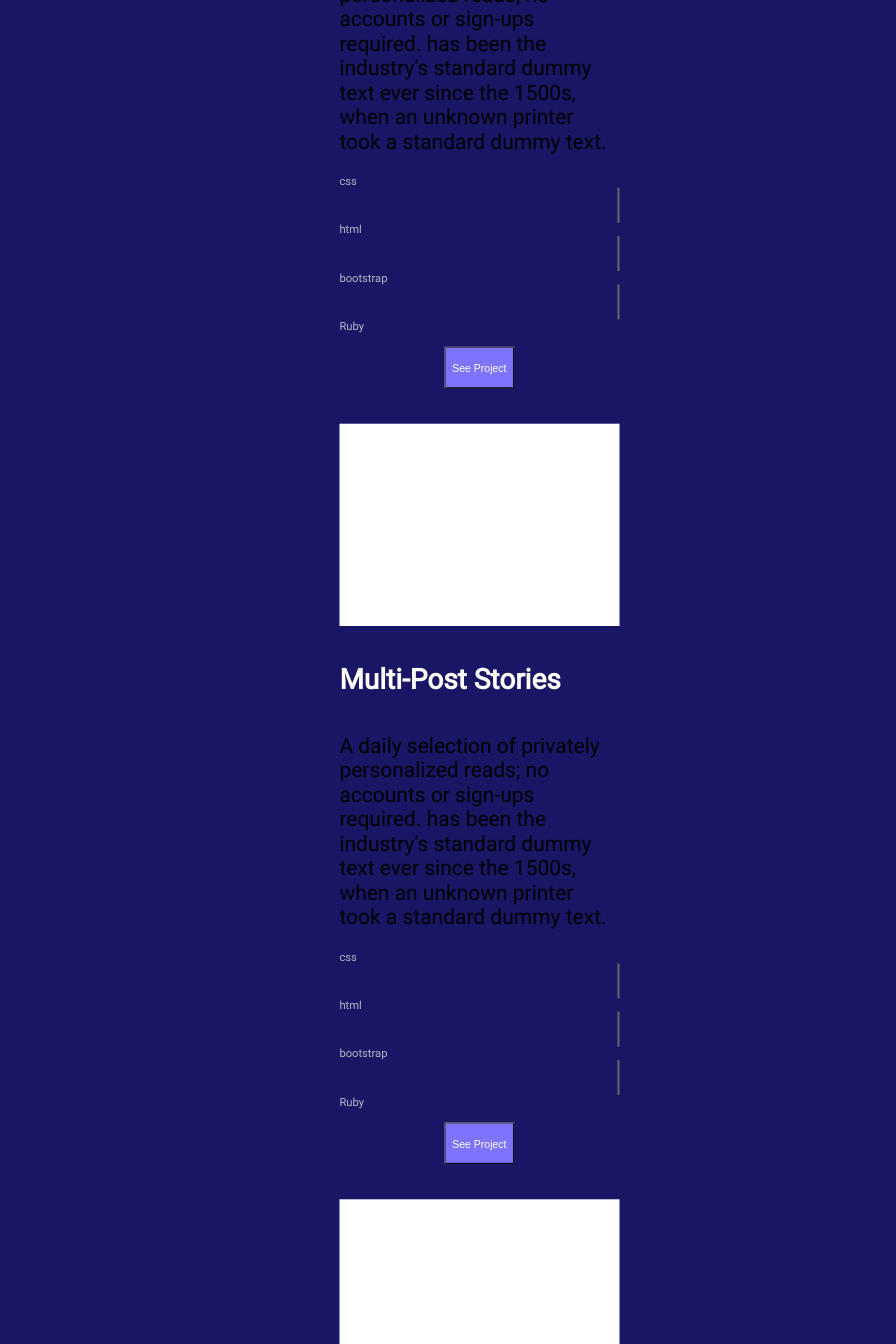
Repository: mustabbas/Portfolio
Page: index.html
These files come from the project's save history. The page is drawn as it stood at one moment and after the next save; the edit follows.
The browser window is 1280 px wide. The pictures show the part of the page from y = 1715 to 3635 px (the page is 6512 px tall before and 5808 px after), at 70% of full size.

Above is the page before, as saved 2021-08-16 18:59:34.

### index.html
<!DOCTYPE html>
<html lang="en">
<head>
    <meta charset="UTF-8">
    <meta name="viewport" content="width=device-width, initial-scale=1.0">
    <meta http-equiv="X-UA-Compatible" content="ie=edge">
    <link rel="stylesheet" href="style.css"/>
    <title>Mustafa Portfolio</title>
</head>
<body>
    <section class="container">
        <header class="header">
            <a href="#"><h2>Mustafa Abbas</h2></a>
            <nav class="humberger">
            <img  src="./assets/img/humberger.png" alt="humberger"/>
            <img  src="./assets/img/humberger.png" alt="humberger"/>
            <img  src="./assets/img/humberger.png" alt="humberger"/>
            </nav>
            <ul class="main-nav">
                <li><a href="#">Portoflio</a></li>
                <li><a href="#">About</a></li>
                <li><a href="#">Contact</a></li>
                <li ><a href="#"><img class="email-pic" src="./assets/img/Icon-Mail.png" alt="email"/></a></li >
            </ul>
        </header>
        <div class="head-wraper">
            <div class="title-wraper">
                <h1>Mustafa Abbas</h1>
                <h2>Software Developer</h2>
            </div>
        </div>
        <div class="box"><p>I can help you build a product , feature or website Look through some of my work and experience! If you like what you see and have a project you need coded,  don’t hestiate to contact me.</p></div>
        <div class="line"></div>
        <div class="skills">
        <ul>
            <li>Language</li>
            <li>Javascript</li>
            <li>Ruby</li>
            <li>Html</li>
            <li>Css</li>
        </ul>
        <ul>
            <li>Frameworks</li>
            <li>Ruby on Rails</li>
            <li>Bootstrap</li>
            <li>RSPec</li>
            <li>CapyBara</li>
        </ul>
        <ul>
            <li>Skills</li>
            <li>Codekit</li>
            <li>Github</li>
            <li>Codepen</li>
            <li>Gitlab</li>
        </ul>
      </div>
      <div class="line"></div>
    </section>
        <div class="footer-nav">
            <div class="work-container upper">
            <span>Work</span>
            <div class="arrow-container">
            <img src="./assets/img/Vector-line-arrow.png" alt="Vector-line-arrow"/>
            <img src="./assets/img/Vector-arrow.png" alt="Vector-arrow"/>
             </div>
            </div>
            <div class="vector-container">
                <ul>
                    <li><img src="./assets/img/Vector-github.png" alt="Vector-github"/></li>
                    <li>
                        <div class="linked-container">
                            <div>
                                <img src="./assets/img/Vector-dot-linkedin.png" alt="Vector-dot-linkedin"/>
                                <img src="./assets/img/Vector-line-linkedin.png" alt="Vector-line-linkedin"/>
                          </div>
                                <img id="vector2" src="./assets/img/Vector-n-linkedin.png" alt="Vector-n-linkedin"/>
                         </div>
                    </li>
                    <li> <img src="./assets/img/Vector.png" alt="Vector"/></li>
                    <li><img src="./assets/img/Vector-twitter.png" alt="Vector-twitter"/></li>
                    <li> <img src="./assets/img/Vector-M.png" alt="Vector-M"/></li>
                </ul>

             </div>
             <div class="work-container">
            <div class="arrow-container">
            <img src="./assets/img/Vector-line-arrow.png" alt="Vector-line-arrow"/>
            <img src="./assets/img/Vector-arrow.png" alt="Vector-arrow"/>
            </div>
            <span>Work</span>
            </div>
        </div>
    <section class="recent-work">
    <h3>My recent work</h3>
    <div class="line"></div>
    <div class="card">
       <img src="./assets/img/Placeholder.png" alt="Placeholder"/>
       <div class="card-body">
           <h4>Multi-Post Stories</h4>
           <p>A daily selection of privately personalized reads; no accounts or sign-ups required. has been the industry's standard dummy text ever since the 1500s, when an unknown printer took a standard dummy text.</p>
            <ul>
                <li>css</li>
                <li class="vertical-line"></li>
                <li>html</li>
                <li class="vertical-line"></li>
                <li>bootstrap</li>
                <li class="vertical-line"></li>
                <li>Ruby</li>
            </ul>
            <button class="button">See Project</button>
       </div>
    </div>
    <div class="card">
        <img src="./assets/img/Placeholder.png" alt="Placeholder"/>
        <div class="card-body">
            <h4>Multi-Post Stories</h4>
            <p>A daily selection of privately personalized reads; no accounts or sign-ups required. has been the industry's standard dummy text ever since the 1500s, when an unknown printer took a standard dummy text.</p>
             <ul>
                 <li>css</li>
                 <li class="vertical-line"></li>
                 <li>html</li>
                 <li class="vertical-line"></li>
                 <li>bootstrap</li>
                 <li class="vertical-line"></li>
                 <li>Ruby</li>
             </ul>
             <button class="button">See Project</button>
        </div>
     </div>
     <div class="card">
        <img src="./assets/img/Placeholder.png" alt="Placeholder"/>
        <div class="card-body">
            <h4>Multi-Post Stories</h4>
            <p>A daily selection of privately personalized reads; no accounts or sign-ups required. has been the industry's standard dummy text ever since the 1500s, when an unknown printer took a standard dummy text.</p>
             <ul>
                 <li>css</li>
                 <li class="vertical-line"></li>
                 <li>html</li>
                 <li class="vertical-line"></li>
                 <li>bootstrap</li>
                 <li class="vertical-line"></li>
                 <li>Ruby</li>
             </ul>
             <button class="button">See Project</button>
        </div>
     </div>
     <div class="card">
        <img src="./assets/img/Placeholder.png" alt="Placeholder"/>
        <div class="card-body">
            <h4>Multi-Post Stories</h4>
            <p>A daily selection of privately personalized reads; no accounts or sign-ups required. has been the industry's standard dummy text ever since the 1500s, when an unknown printer took a standard dummy text.</p>
             <ul>
                 <li>css</li>
                 <li class="vertical-line"></li>
                 <li>html</li>
                 <li class="vertical-line"></li>
                 <li>bootstrap</li>
                 <li class="vertical-line"></li>
                 <li>Ruby</li>
             </ul>
             <button class="button">See Project</button>
        </div>
     </div>
    </section>

    <section class="card-container">
        <div class="card">
        <div class="card-body">
        <h3>CONTACT US</h3>
        <p>If you have an application you are interested in developing, a feature that you need built or a project that needs coding. I’d love to help with it </p>
        <input type="text" placeholder="Text Input" />
        <input type="email" placeholder="jeremy@gmail.com" />
        <textarea rows="15" cols="48" placeholder="Enter text here"></textarea>
        <button class="button">See Project</button>
        </div>
        <div class="footer-nav">
            <div class="work-container upper">
            <span>Work</span>
            <div class="arrow-container">
            <img src="./assets/img/Vector-line-arrow.png" alt="Vector-line-arrow"/>
            <img src="./assets/img/Vector-arrow.png" alt="Vector-arrow"/>
             </div>
            </div>
            <div class="vector-container">
                <ul>
                    <li><img src="./assets/img/Vector-github.png" alt="Vector-github"/></li>
                    <li>
                        <div class="linked-container">
                            <div>
                                <img src="./assets/img/Vector-dot-linkedin.png" alt="Vector-dot-linkedin"/>
                                <img src="./assets/img/Vector-line-linkedin.png" alt="Vector-line-linkedin"/>
                          </div>
                                <img src="./assets/img/Vector-n-linkedin.png" alt="Vector-n-linkedin"/>
                         </div>
                    </li>
                    <li> <img src="./assets/img/Vector.png" alt="Vector"/></li>
                    <li><img src="./assets/img/Vector-twitter.png" alt="Vector-twitter"/></li>
                    <li> <img src="./assets/img/Vector-M.png" alt="Vector-M"/></li>
                </ul>

             </div>
            <span>emailhere@email.com</span>
        </div>
    </div>
    </section>


</body>
</html>

### style.css
@font-face {
  font-family: 'roboto';
  src: url(assets/font/Roboto/Roboto-Regular.ttf);
}

body {
  background-color: #191765;
  font-family: 'roboto', sans-serif;
}

ul {
  margin: 0;
  padding: 0;
  list-style: none;
}

h1 {
  color: #9390ff;
}

p,
h2,
td,
li,
a,
span {
  color: #b3bac5;
}
p {color: black;}

.header {
  display: flex;
  justify-content: space-around;
  align-items: center;
}

.header a {
  text-decoration: none;
}

.main-nav {
  display: flex;
}

.main-nav a {
  display: block;
  padding: 1em;
  text-decoration: none;
}

.head-wraper {
  display: flex;
  justify-content: center;
  align-items: center;
  background-image: url("./assets/img/circle1header.svg");
  background-repeat: no-repeat;
  background-position: -160px -50px;
}

.title-wraper {
  flex-direction: column;
  justify-content: center;
}

.title-wraper h1 {
  font-size: 3rem;
}

.title-wraper h2 {
  font-size: 2rem;
  margin-top: 0;
}

.container {
  display: flex;
  flex-direction: column;
  justify-content: center;
  align-items: center;
  width: 500px;
}

.box {
  min-width: 450px;
  width: 33.333%;
  margin: 50px;
}

.box p {
  font-size: 20px;
  font-weight: 300;
  text-align: center;
  color: #b3bac5;
}

.line {
  min-width: 450px;
  width: 33.333%;
  border-bottom: 1px solid #646369;
}

.skills {
  display: flex;
  justify-content: space-between;
  flex-wrap: wrap;
  width: 500px;
  background-image: url("./assets/img/circle1header.svg");
  background-repeat: no-repeat;
  background-position: 400px 10px;
}

.skills ul {
  width: 40%;
  margin-top: 20px;
  margin-left: 40px;
}

.skills li {
  margin: 20px;
}

.skills ul li:first-child {
  color: #9390ff;
}

.email-pic {
  color: #b3bac5;
}

.footer-nav {
  display: flex;
  justify-content: space-around;
  align-items: center;
  margin-top: 40px;
}

.work-container .work-container2 {
  display: flex;
  justify-content: space-around;
}

.vector-container ul {
  display: flex;
  justify-content: center;
  align-items: center;
}

.vector-container img {
  margin-left: 10px;
}

.arrow-container {
  display: flex;
  flex-direction: column;
  align-items: flex-start;
  margin-right: 10px;
}

.arrow-container img:first-child {
  margin-left: 9px;
}

.arrow-container img:last-child {
  margin-top: -8px;
}

.linked-container {
  display: flex;
}

.linked-container div {
  display: flex;
  flex-direction: column;
}

#vector2 {
  margin-left: auto;
}

h3 {
  font-size: 45px;
  color: #9390ff;
  margin: 20px;
  text-transform: uppercase;
  margin-left: 150px;
}

.recent-work {
  display: grid;
  grid-template-columns: auto;
  grid-template-rows: auto;
  justify-content: center;
}

.card-container {
  display: grid;
  grid-template-columns: auto;
  grid-template-rows: auto;
  justify-content: center;
}

.card {
  display: flex;
  flex-direction: column;
  width: 400px;
  margin-left: 120px;
  margin-top: 50px;
}

.card-body h4 {
  font-size: 40px;
  color: #fff;
}

.card-body p {
  font-size: 30px;
  text-align: left;
}

.card-body h3 {
  font-size: 45px;
  color: #9390ff;
  margin: 20px;
  text-transform: uppercase;
}

/* .card-body ul {
  display: flex;
  justify-content: space-around;
  font-size: 30px;
  text-align: left;
} */

.card-body ul {

}

.vertical-line {
  height: 50px;
  border-right: 3px solid #646369;
}

.button {
  background-color: #7d73fc;
  width: 100px;
  height: 60px;
  color: #fff;
  font-size: 15px;
  margin-top: 20px;
  margin-left: 150px;
}

.button:hover {
  box-shadow: 0 8px 16px rgba(125, 115, 252, 0.48);
}

input {
  width: 100%;
  height: 60px;
  padding: 12px 20px;
  margin: 8px 0;
  display: inline-block;
  border: 1px solid #ccc;
  border-radius: 4px;
  box-sizing: border-box;
}

textarea::placeholder {
  font-size: 20px;
  padding: 20px;
}

@media only screen and (max-width: 500px) {
  .header {
    width: 500px;
    justify-content: space-around;
  }

  .header ul {
    display: none;
  }

  .main-nav {
    flex-direction: column;
  }

  .head-wraper {
    width: 500px;
  }

  .head-wraper img {
    margin-left: -200px;
  }

  .right {
    margin-right: -100px;
  }

  .container img {
    margin-right: -500px;
  }

  .humberger {
    display: flex;
    flex-direction: column;
    justify-content: space-between;
  }

  .humberger img {
    width: 33.33px;
    height: 3px;
    margin: 5px;
    background-color: #b3bac5;
  }

  .footer-nav {
    width: 500px;
    flex-direction: column;
  }

  .upper {
    display: none !important;
  }

  .work-container {
    display: flex;
    margin-top: 30px;
  }
}

After the next save:
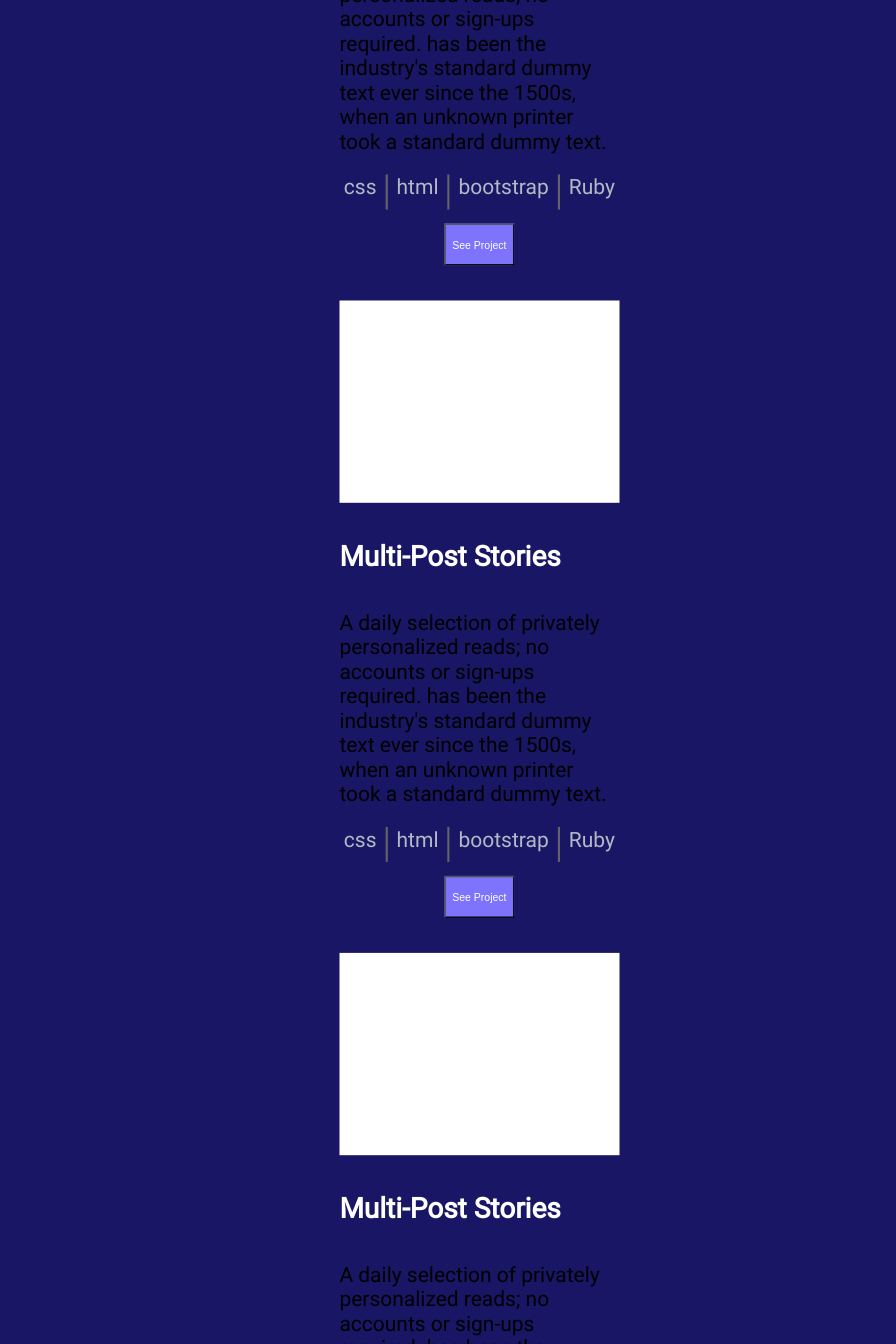
Saved 55 s later.
--- a/style.css
+++ b/style.css
@@ -223,12 +223,12 @@
   text-transform: uppercase;
 }
 
-/* .card-body ul {
+.card-body ul {
   display: flex;
   justify-content: space-around;
   font-size: 30px;
   text-align: left;
-} */
+}
 
 .card-body ul {
 

After the save that followed:
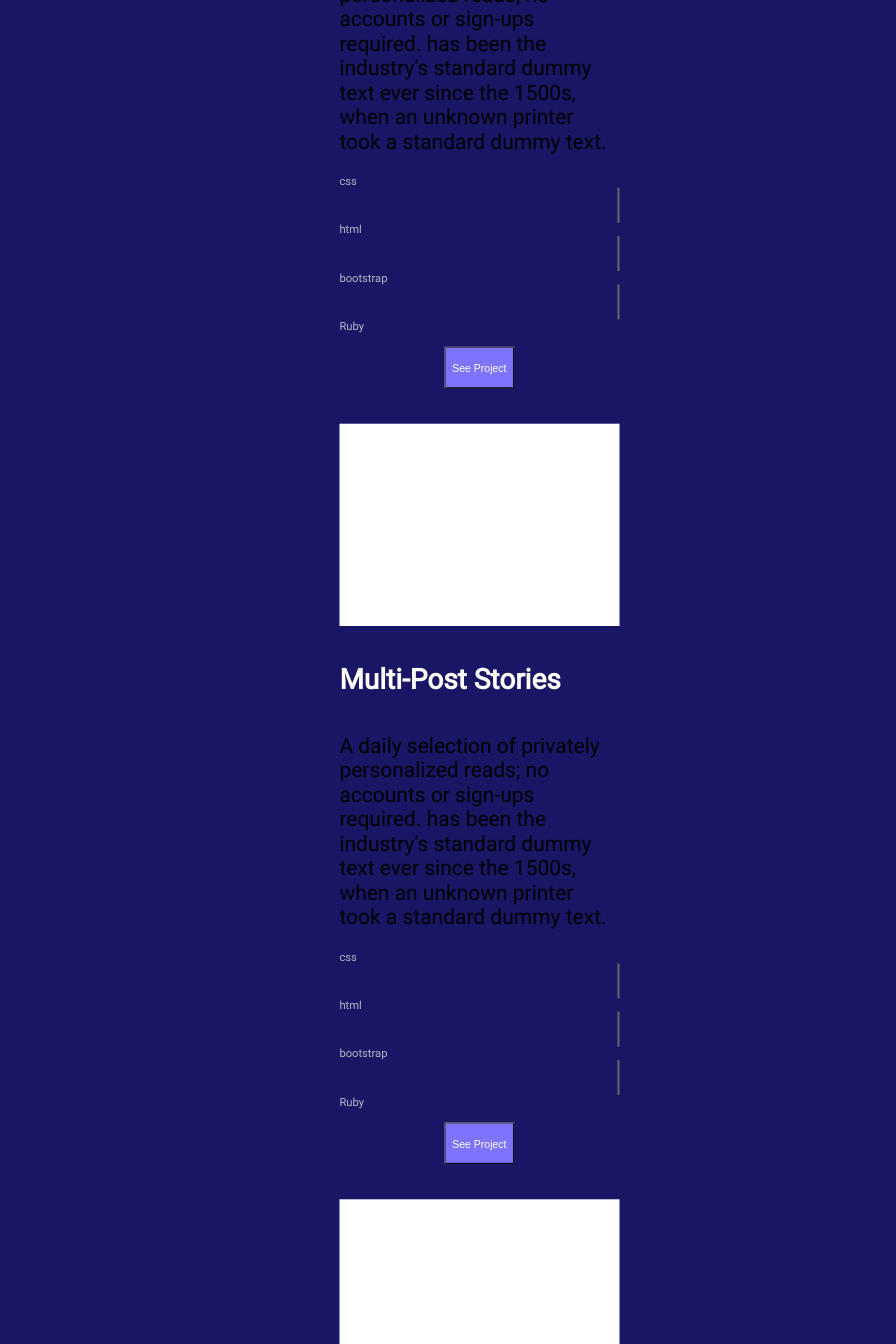
Saved 47 s later.
--- a/style.css
+++ b/style.css
@@ -223,12 +223,12 @@
   text-transform: uppercase;
 }
 
-.card-body ul {
+/* .card-body ul {
   display: flex;
   justify-content: space-around;
   font-size: 30px;
   text-align: left;
-}
+} */
 
 .card-body ul {
 
